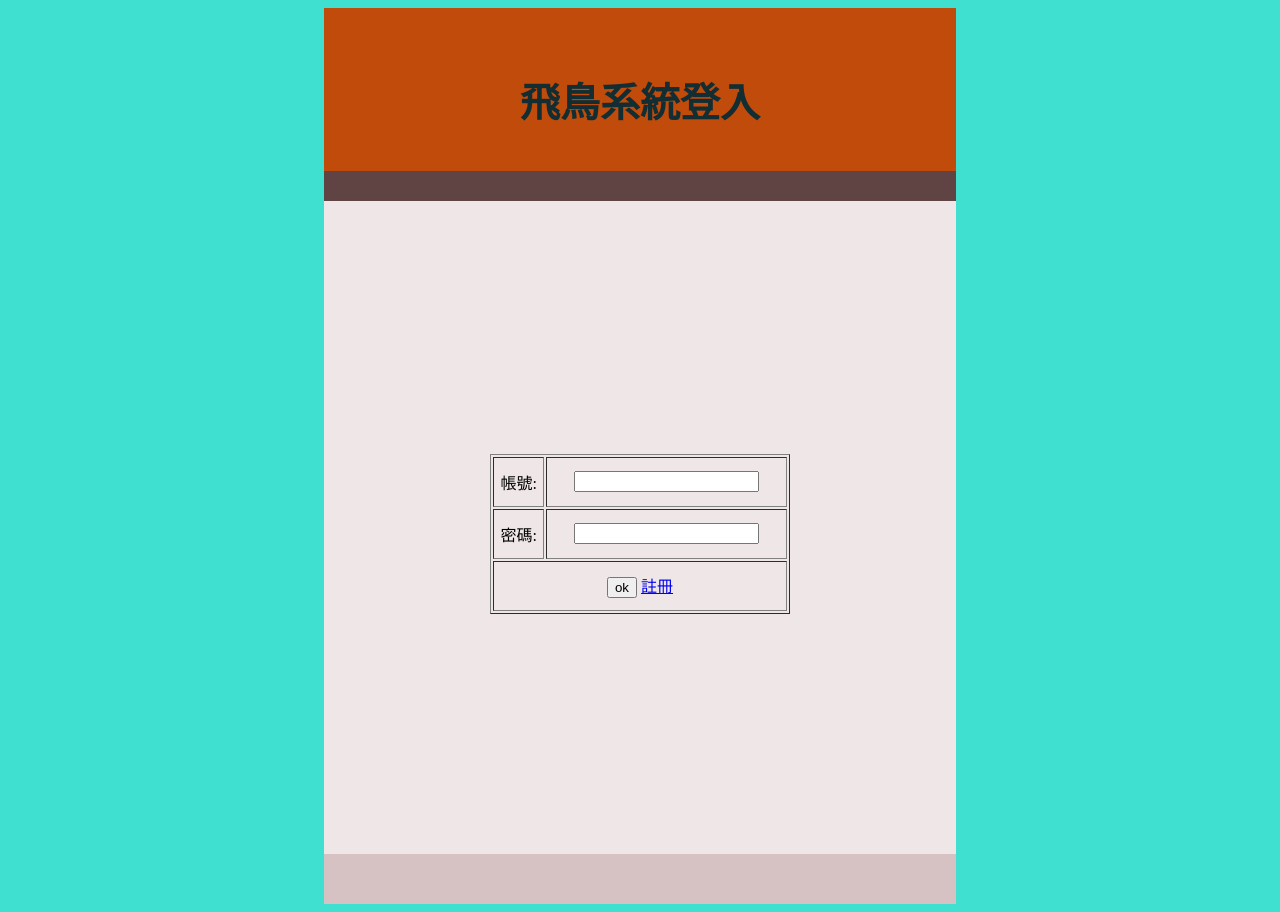
Repository: pride0420/portfolio
Page: Portfolio/1_springBoot/src/main/resources/static/index.html
The author's editor kept a copy of each file at every save. The page is drawn from the files as they stood at one save, then again after the next save.
The browser window is 1280 px wide. The pictures show the whole page.

Above is the page before, as saved 2023-11-30 14:41:09.

### Portfolio/1_springBoot/src/main/resources/static/index.html
<!DOCTYPE html>
<html>
<link rel="stylesheet" href="css/index.css">
<head>
<meta charset="utf-8">
<title>Insert title here</title>
</head>
<body>
<form action="login" method="post">
<div id="header" >飛鳥系統登入</div>
	<div id="navigater"></div>
		<div id="content"><table align="center" border="1" width=300>
		<tr align="center" height=50>
			<td>帳號:</td>
			<td><input type="text" name="username"></td>
		</tr>
		<tr align="center" height=50>
			<td>密碼:</td>
			<td><input type="password" name="password"></td>
		</tr>
		<tr align="center" height=50>
			<td colspan="2"><input type="submit" value="ok">
			<a href="addError">註冊</td>

		</tr>
	</table></div>
</form>

<div id="footer"></div>
</body>
</html>

### Portfolio/1_springBoot/src/main/resources/static/css/index.css
@charset "BIG5";
body{
	 background-color:  #40e0d0;
}
#header{
	background-color: #C14B0B;
	width: 50%;
	height:100px;
	margin-left: 25%;
	color: #132E32;
	font-weight:800;
	font-size:250%;
	text-align: center;
	padding-top: 5%;
}
#navigater{

	background-color:#604443;
	width: 50%;
	height:30px;
	margin-left: 25%;
}
#nav{
	color:white;
	padding-left:60%;

}
#content{
	background-color:#EFE7E7;
	width: 50%;
	height:400px;
	margin-left: 25%;
	padding-top: 20%;
}
#footer{
	background-color:#D6C2C2;
	width: 50%;
	height:50px;
	margin-left: 25%;
}

op table{
	padding-top: 5%;
	padding-bottom: 5%;


}

After the next save:
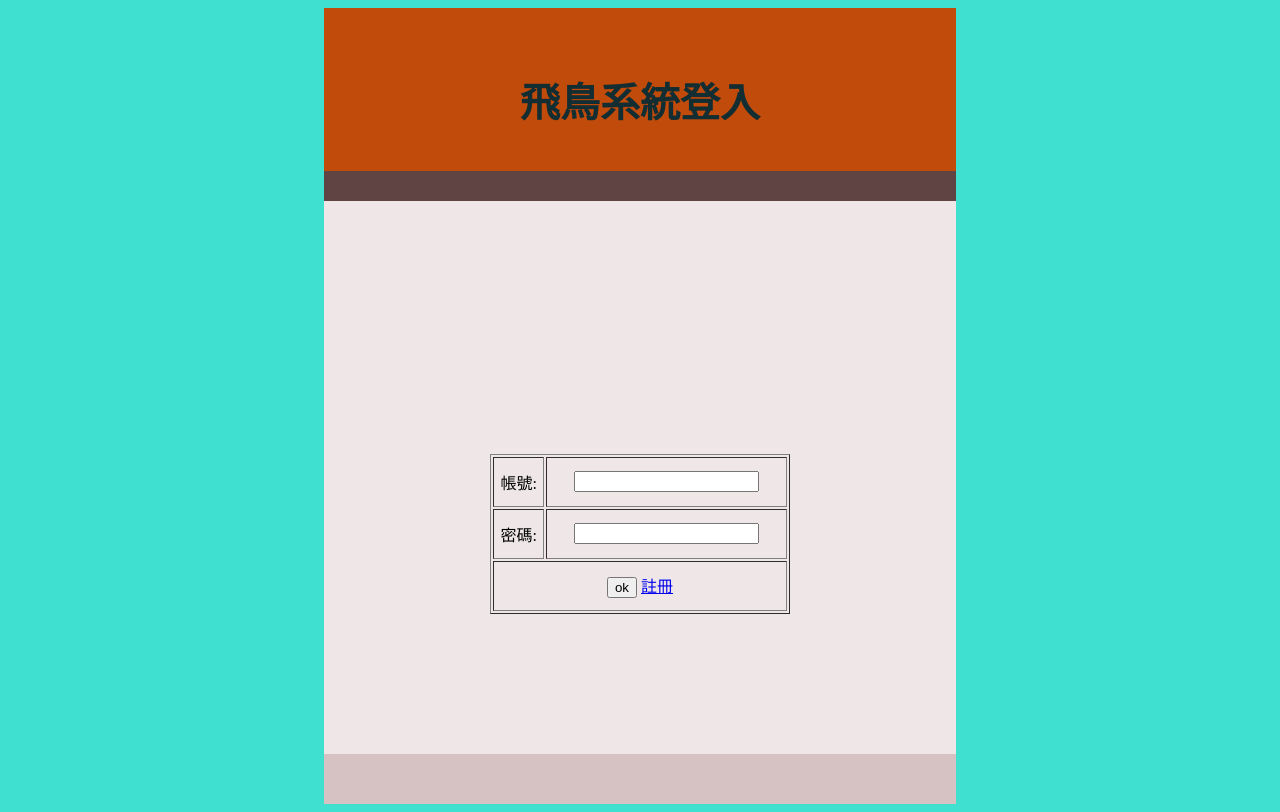
Saved 23 s later.
--- a/Portfolio/1_springBoot/src/main/resources/static/css/index.css
+++ b/Portfolio/1_springBoot/src/main/resources/static/css/index.css
@@ -28,7 +28,7 @@ body{
 #content{
 	background-color:#EFE7E7;
 	width: 50%;
-	height:400px;
+	height:300px;
 	margin-left: 25%;
 	padding-top: 20%;
 }
